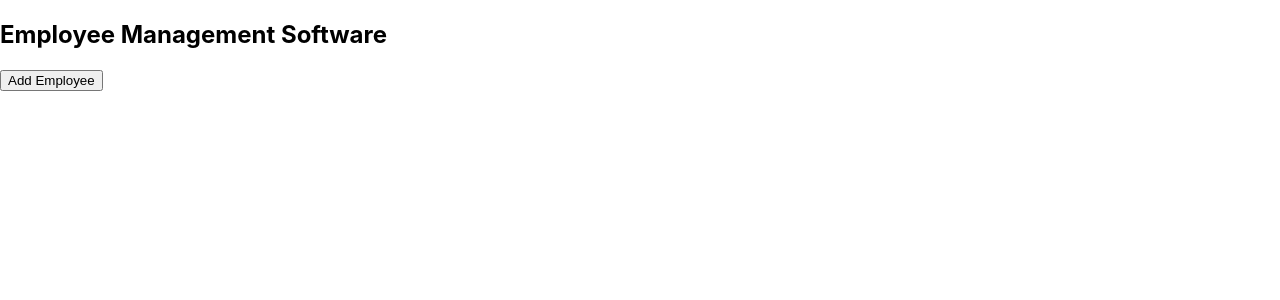
Repository: AfifaNoor/CRUD
Page: /add-employee
These files come from the project's save history. The page is drawn as it stood at one moment and after the next save; the edit follows.
The browser window is 1280 px wide. The pictures show the whole page.
The project was rebuilt for these pictures with package versions that can differ from the ones it lists, and the page was loaded fresh each time. Also part of the build but not shown: src/AdminPage.css, src/AdminPage.jsx.

Above is the page before, as saved 2025-06-12 14:05:25.

After the next save:
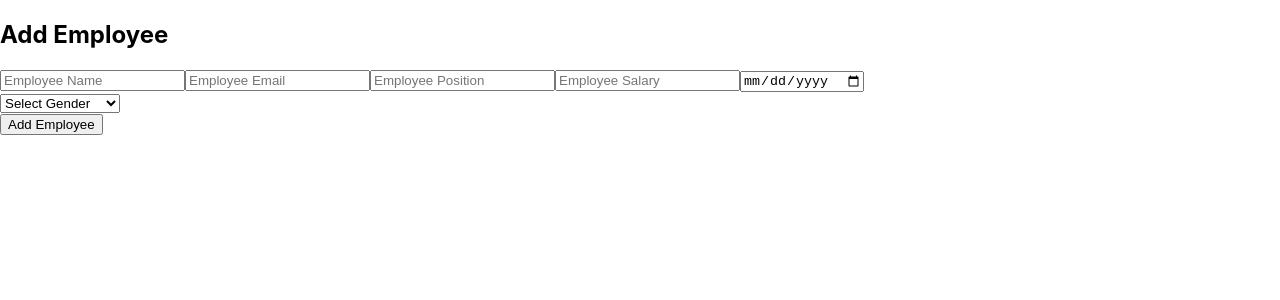
Saved 31 s later.
--- a/src/Router.jsx
+++ b/src/Router.jsx
@@ -2,6 +2,7 @@ import React from 'react'
 import { createBrowserRouter, createRoutesFromElements, Route } from 'react-router-dom'
 import Dashboard from './DashBoard'
 import AdminPage from './AdminPage'
+import AddEmployee from './AddEmployee';
 
 
 const Router =createBrowserRouter (
@@ -9,7 +10,7 @@ const Router =createBrowserRouter (
         <>
             <Route path="/dashboard" element= {<Dashboard/>}/>
             <Route path="/" element={<AdminPage/>} />
-            <Route path='/add-employee' element={<Dashboard/>} />
+            <Route path='/add-employee' element={<AddEmployee/>} />
 
         </>
 
